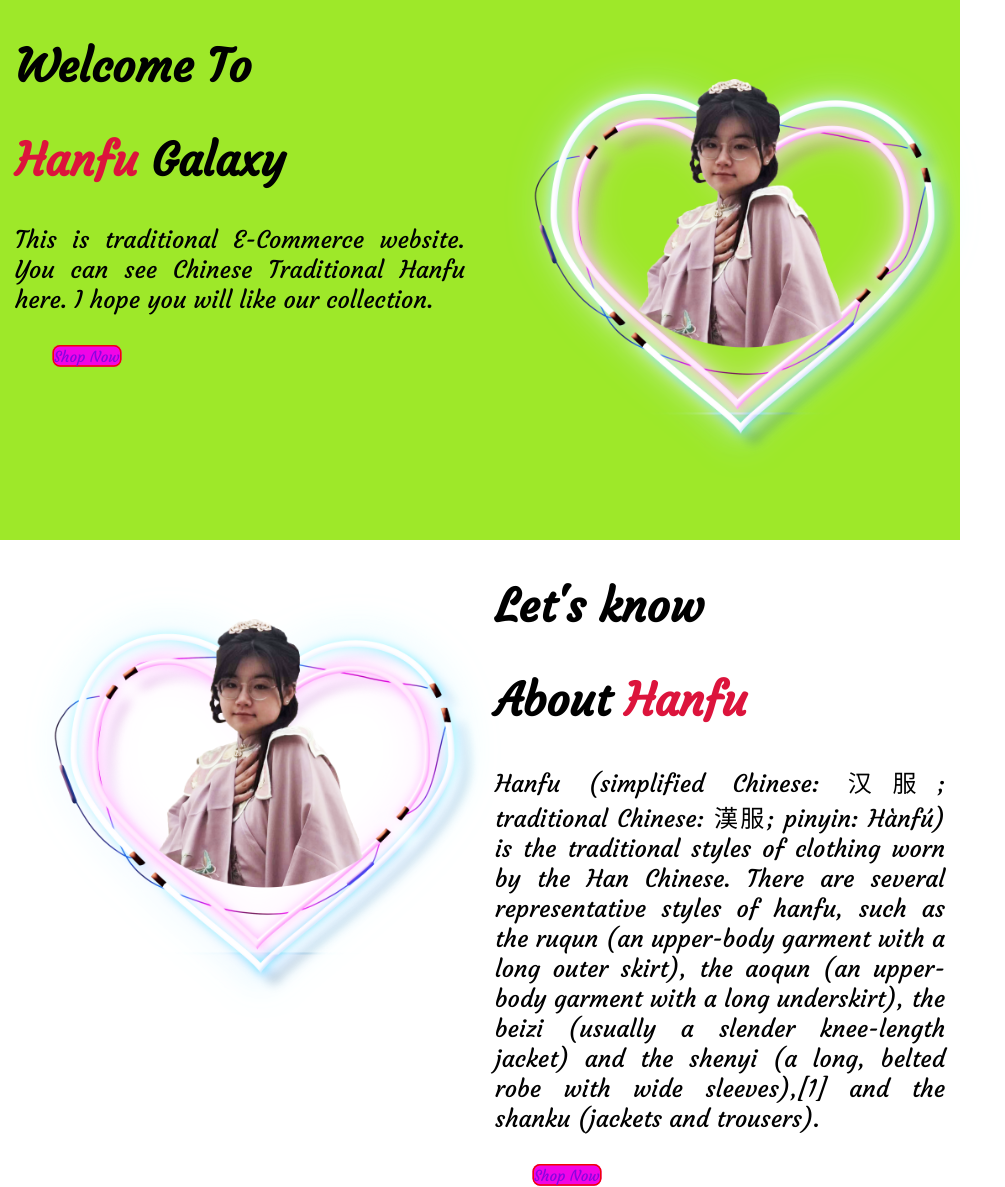
Repository: ramizraaz/E-Commerce
Page: index.html
These files come from the project's save history. The page is drawn as it stood at one moment and after the next save; the edit follows.
The browser window is 1280 px wide. The page is 1340 px wide, so the pictures cover 1340 px, including what lies to the right of the window. The pictures show the whole page, at 75% of full size.

Above is the page before, as saved 2022-02-06 21:23:50.

### index.html
<!DOCTYPE html>
<html lang="en">

<head>
    <meta charset="UTF-8">
    <meta http-equiv="X-UA-Compatible" content="IE=edge">
    <meta name="viewport" content="width=device-width, initial-scale=1.0">
    <title>Document</title>
    <link rel="stylesheet" href="main.css">
</head>

<body>
    <section class="top">
        <div class="container">
            <h1>Welcome To </h1>
            <h1><span> Hanfu </span>Galaxy</h1>
            <p>This is traditional E-Commerce website. You can see Chinese Traditional Hanfu here. I hope you will like our collection.
            </p>
            <a href="index.html">Shop Now</a>
        </div>
        <div class="container">
            <img src="images/bg-1.png" alt="showart">
        </div>
    </section>
    <section class="mid">
        <div class="container">
            <img src="images/bg-1.png" alt="showart">
        </div>
        <div class="container">
            <h1>Let's know </h1>
            <h1>About<span> Hanfu </span></h1>
            <p>Hanfu (simplified Chinese: 汉服; traditional Chinese: 漢服; pinyin: Hànfú) is the traditional styles of clothing worn by the Han Chinese. There are several representative styles of hanfu, such as the ruqun (an upper-body garment with a long outer
                skirt), the aoqun (an upper-body garment with a long underskirt), the beizi (usually a slender knee-length jacket) and the shenyi (a long, belted robe with wide sleeves),[1] and the shanku (jackets and trousers).
            </p>
            <a href="index.html">Shop Now</a>
        </div>
    </section>
</body>

</html>

### main.css
@import url('https://fonts.googleapis.com/css2?family=Courgette&display=swap');
body {
    font-family: 'Courgette', cursive;
    margin: 0;
    font-size: 2rem;
}

h1 {
    font-size: 60px;
}

p {
    text-align: justify;
}

span {
    color: crimson;
}

img {
    width: 700px;
}

a {
    text-decoration: none;
    border: 2px solid #f10404;
    border-radius: 10px;
    font-size: 20px;
    margin-left: 50px;
    background-color: #f104e6;
    color: rgb(137, 5, 224);
}

.top {
    display: flex;
    background-color: #93e60fe3;
    height: 100vh;
}

.container {
    width: 50%;
    padding-left: 20px;
}

.mid {
    display: flex;
}

.mid .container {
    padding: 0px 20px 0px 0px;
}

After the next save:
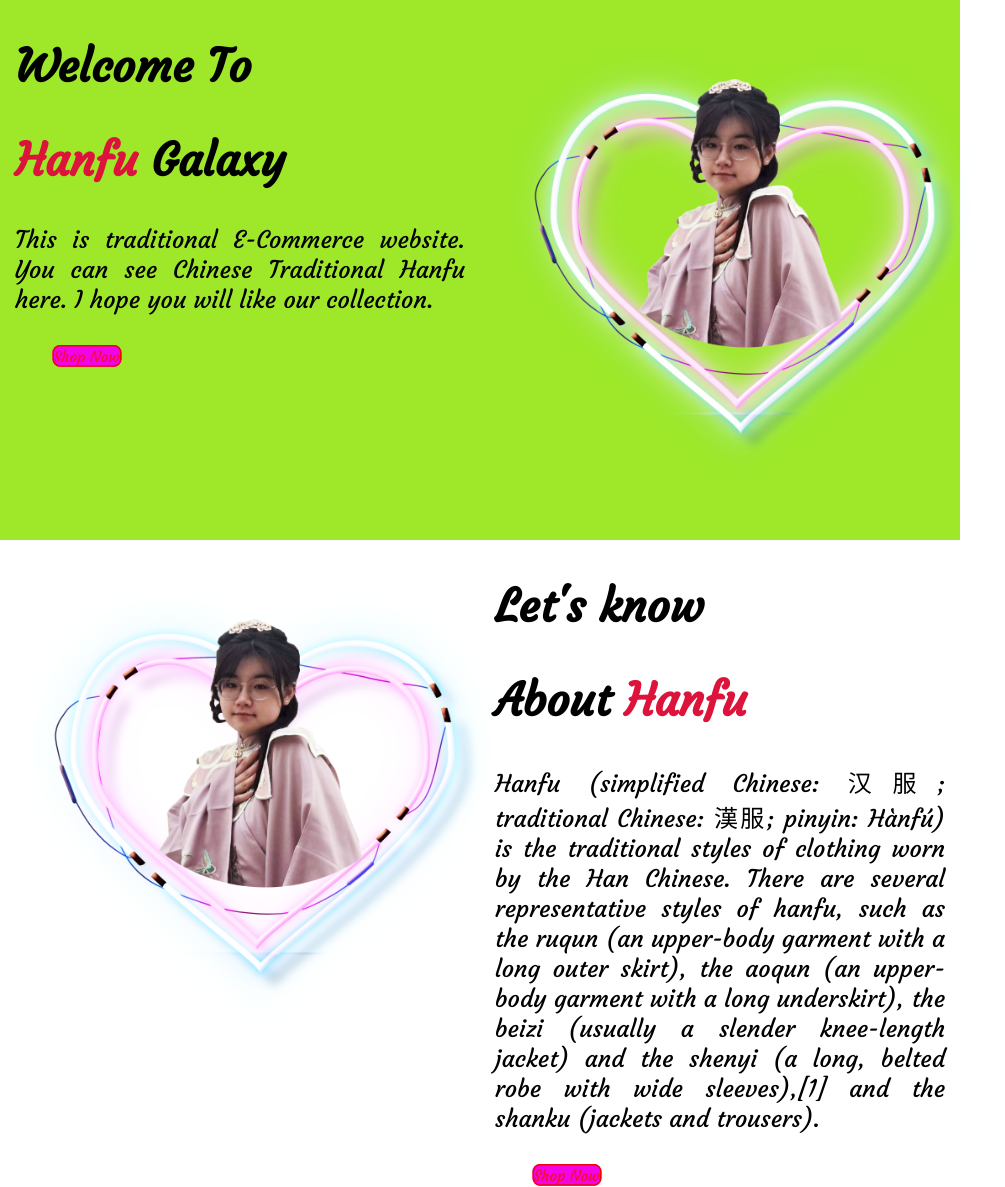
Saved 8 s later.
--- a/main.css
+++ b/main.css
@@ -28,7 +28,7 @@ a {
     font-size: 20px;
     margin-left: 50px;
     background-color: #f104e6;
-    color: rgb(137, 5, 224);
+    color: rgb(245, 14, 45);
 }
 
 .top {
